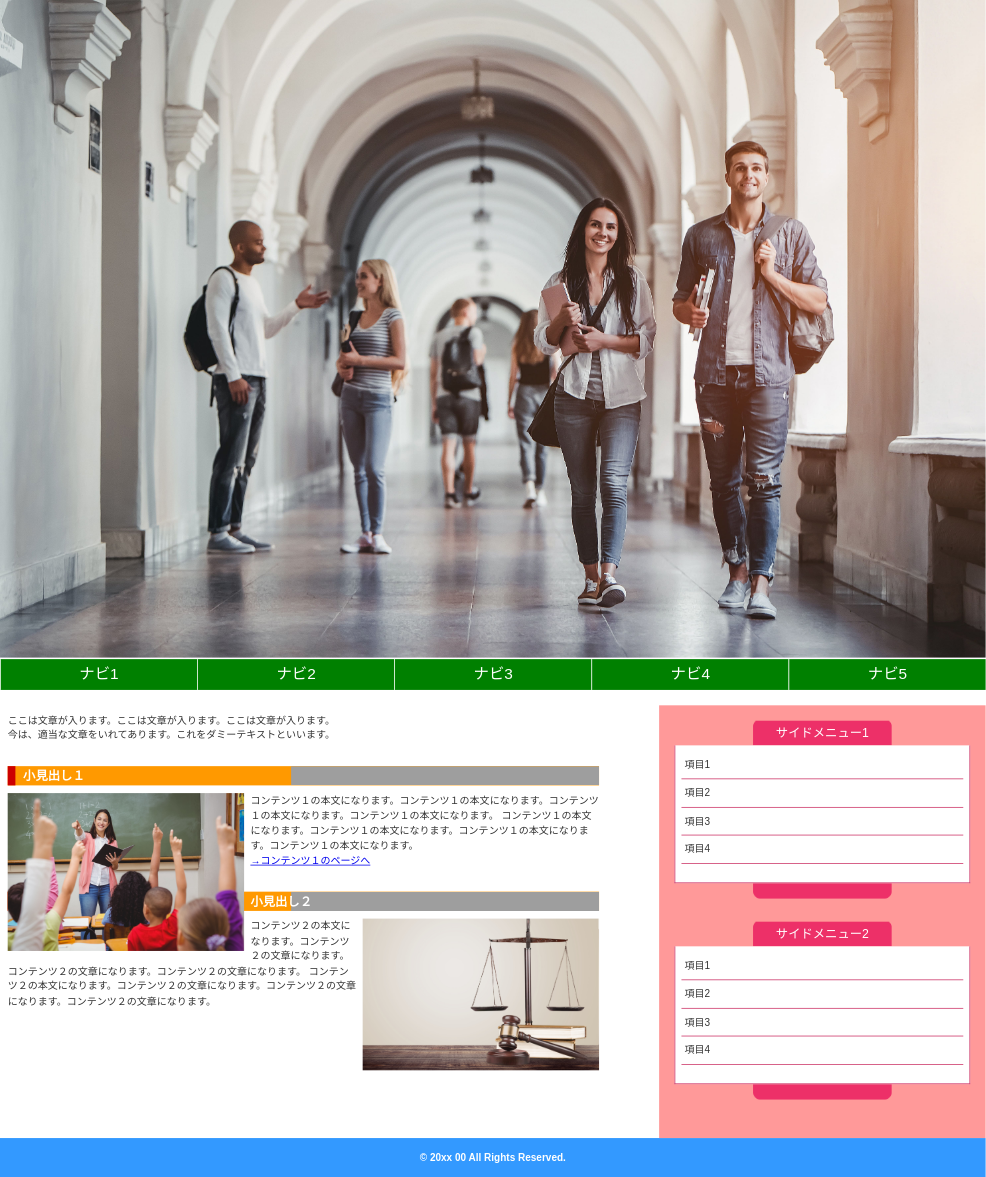
Repository: KanemotoWataru/samurai_HTML-CSS
Page: home.html
The author's editor kept a record of every edit. The page is drawn from the files as they stood at one moment, then again after the next edit.
The browser window is 1280 px wide. The pictures show the whole page, at 77% of full size.
Pictures or frames that could not be fetched are drawn as grey boxes.

Above is the page before.

After the next edit:
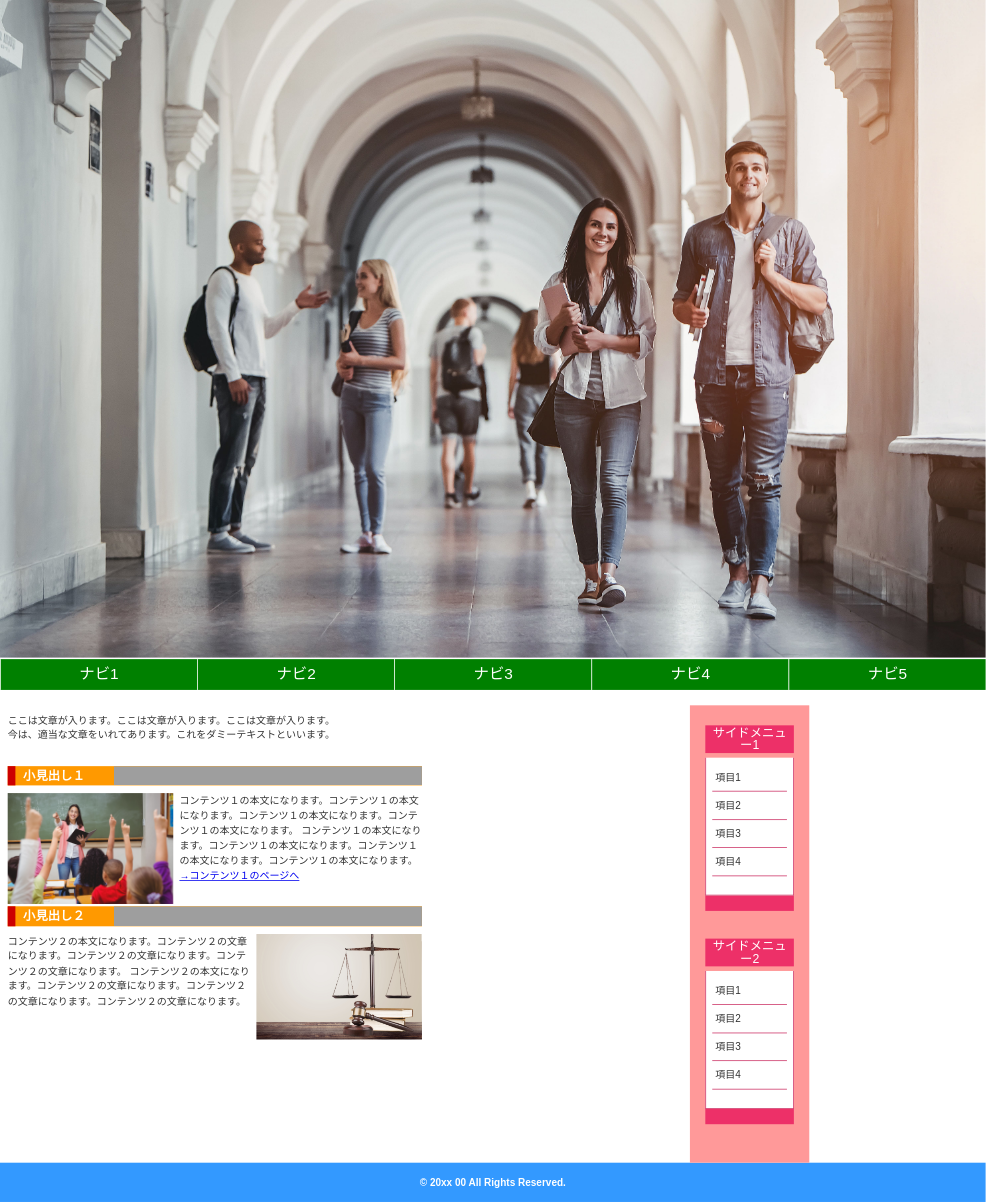
The edit:
--- a/stylesheet.css
+++ b/stylesheet.css
@@ -80,6 +80,8 @@
     padding: auto;
     padding-top: 20px;
     clear: both;
+    display: grid;
+    grid-template-columns: 70vw 30vw
 }
 
 /*-----------------main-----------------------------------*/
